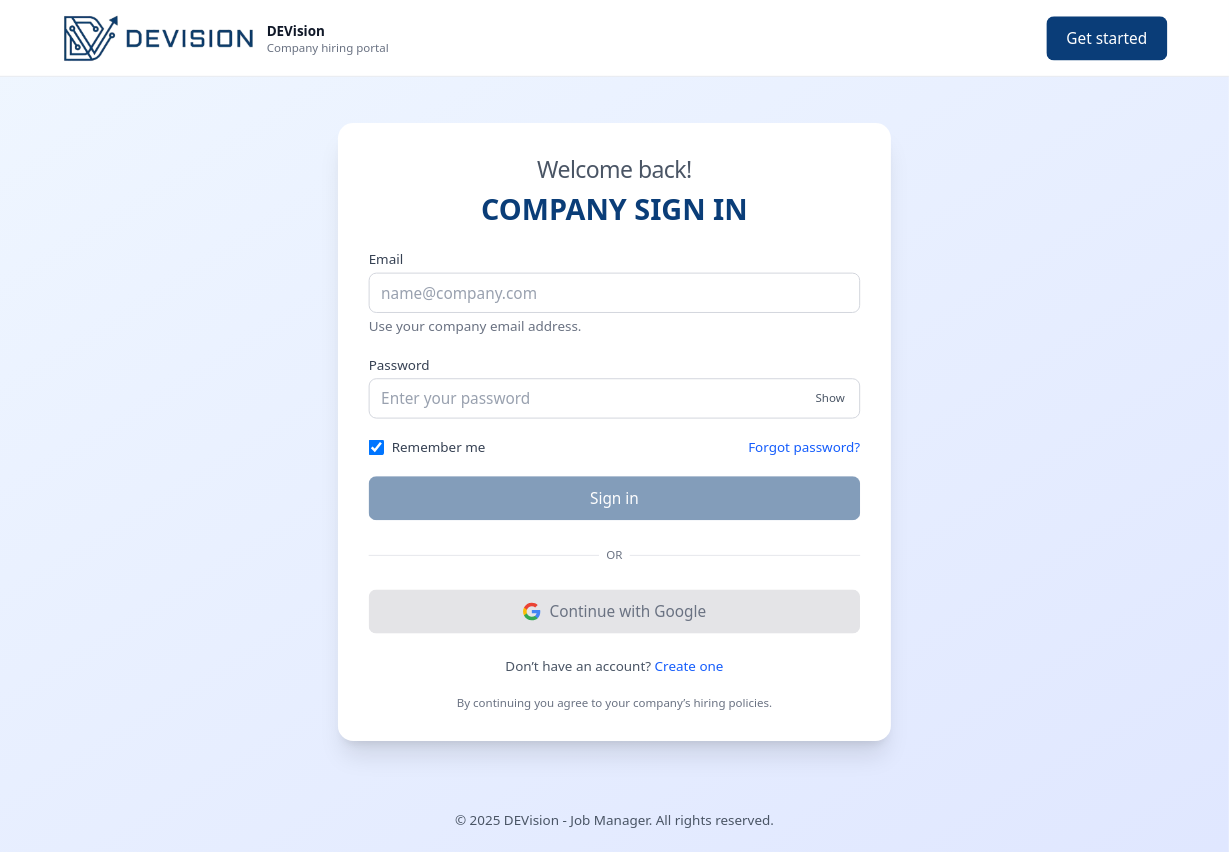
Repository: ISYS3461-2025C-Mulan-DEVision/JobManager_FE
Page: /login
These files come from the project's save history. The page is drawn as it stood at one moment and after the next save; the edit follows.
The browser window is 1280 px wide. The pictures show the whole page, at 96% of full size.
The page's requests for data from a server got no answer. The project was rebuilt for these pictures with package versions that can differ from the ones it lists, and the page was loaded fresh each time. No one was signed in, and anything a server would have sent is missing. Also part of the build but not shown: vite.config.js, src/components/ui/Card/Card.tsx, src/components/ui/Spinner/Spinner.tsx, src/components/ui/Alert/Alert.tsx, src/pages/Home.tsx, src/components/headless/Table/Table.tsx, src/components/headless/Modal/Modal.tsx, src/components/feature/Authentication/CompanySignup/validation.ts and 5 more.

Above is the page before, as saved 2025-12-12 16:57:43.

### index.html
<!doctype html>
<html lang="en">
  <head>
    <meta charset="UTF-8" />
    <link rel="icon" type="image/svg+xml" href="/logo/logo-icon.png" />
    <meta name="viewport" content="width=device-width, initial-scale=1.0" />
    <title>jobmanager-fe</title>
  </head>
  <body>
    <div id="root"></div>
    <script type="module" src="/src/main.jsx"></script>
  </body>
</html>

### src/main.tsx
import React, { StrictMode } from "react";
import { createRoot } from "react-dom/client";
import "./index.css";
import { BrowserRouter } from "react-router-dom";
import App from "./App.js";
import { Provider } from "react-redux";
import store from "./store/index.js";

const container = document.getElementById("root")!;
if (!container) {
    throw new Error("Root container not found");
} else {
    createRoot(container).render(
        <StrictMode>
            <Provider store={store}>
                <BrowserRouter>
                    <App />
                </BrowserRouter>
            </Provider>
        </StrictMode>,
    );
}

### src/index.css
@import "tailwindcss";

@theme {
  --color-heading: #0A3D78;
  --color-dark-blue: #1E293B;
  --color-background: #F8FAFC;
  --color-filled-button: #0A3D78;
}

html,
body {
    height: 100%;
}

:root {
    font-family: system-ui, -apple-system, Segoe UI, Roboto, Helvetica, Arial, sans-serif;
    line-height: 1.5;
    font-weight: 400;
    font-synthesis: none;
    text-rendering: optimizeLegibility;
    -webkit-font-smoothing: antialiased;
    -moz-osx-font-smoothing: grayscale;
}

body {
    margin: 0;
    min-width: 320px;
    min-height: 100vh;
    background: var(--color-background-color);
    color: #0f172a;
}


/* button {
    border-radius: 8px;
    border: 1px solid transparent;
    padding: 0.6em 1.2em;
    font-size: 1em;
    font-weight: 500;
    font-family: inherit;
    background-color: #1a1a1a;
    cursor: pointer;
    transition: border-color 0.25s;
}
button:hover {
    border-color: #646cff;
}
button:focus,
button:focus-visible {
    outline: 4px auto -webkit-focus-ring-color;
} */

### src/App.tsx
import { Routes, Route } from "react-router-dom";
import Home from "./pages/Home";
import LoginPage from "./pages/LoginPage";
import RegistrationPage from "./pages/RegistrationPage";
import AppHeader from "./components/common/AppHeader";

function App() {
    return (
        <div className="min-h-screen bg-background">
            <AppHeader />
            <main>
                <Routes>
                    <Route path="/" element={<Home />} />
                    <Route path="/login" element={<LoginPage />} />
                    <Route path="/register" element={<RegistrationPage />} />
                </Routes>
            </main>
        </div>
    );
}

export default App;

### src/store/index.ts
import configureStore from "./configureStore";
const store = configureStore();
export default store;

### src/pages/LoginPage.tsx
import React from "react";
import { CompanyLogin } from "../components/feature/Authentication/CompanyLogin";
import AuthLayout from "../layout/AuthLayout";

export default function LoginPage() {
    return (
        <AuthLayout>
            <CompanyLogin />
        </AuthLayout>
    );
}

### src/store/configureStore.ts
import { createStore, applyMiddleware, Store } from "redux";
import { createLogger } from "redux-logger";
import createSagaMiddleware from "redux-saga";
import { enableBatching } from "redux-batched-actions";
import createReducer from "./reducers";
import rootSaga from "./saga";

const configureStore = (initialState = {}): Store => {
    const rootReducer = createReducer();
    const sagaMiddleware = createSagaMiddleware();

    const middlewares = [sagaMiddleware];

    const isDev = import.meta.env.VITE_NODE_ENV === "development";

    if (isDev) {
        const loggerMiddleware = createLogger({
            collapsed: () => true,
        });
        (middlewares as any[]).push(loggerMiddleware);
    }

    const store = createStore(
        enableBatching(rootReducer),
        initialState,
        applyMiddleware(...middlewares),
    );

    sagaMiddleware.run(rootSaga);

    return store;
};

export default configureStore;

### src/components/ui/index.ts
// UI Components - Presentational components with styling
export * from "./Button";
export * from "./Input";
export * from "./Card";
export * from "./Spinner";
export * from "./Alert";
export * from "./GoogleLogo";

### src/components/feature/Authentication/CompanyLogin/index.ts
export { CompanyLogin } from "./CompanyLogin";

### src/store/reducers.ts
import { combineReducers } from "redux";
import { reducers } from "../redux";
import _ from "lodash";

const appReducer = combineReducers(reducers);
export default function createReducer() {
    const rootReducer = (state, action) => {
        if (action.type === "FORCE_UPDATE_GLOBAL_STATE") {
            return appReducer(_.cloneDeep(action.payload), action as never);
        }
        return appReducer(state, action as never);
    };

    return rootReducer;
}

### src/store/saga.ts
import { all, fork } from "redux-saga/effects";
import { sagas } from "../redux";

export default function* rootSaga() {
    yield all([...Object.values(sagas)].map(fork));
}

### src/components/ui/Button/index.ts
export { Button } from "./Button";
export type { ButtonProps } from "./Button";

### src/components/ui/Input/index.ts
export { Input } from "./Input";
export type { InputProps } from "./Input";

### src/components/ui/Card/index.ts
export { Card, CardHeader, CardBody, CardFooter } from "./Card";
export type { CardProps } from "./Card";

### src/components/ui/Spinner/index.ts
export { Spinner } from "./Spinner";
export type { SpinnerProps } from "./Spinner";

### src/components/ui/Alert/index.ts
export { Alert } from "./Alert";
export type { AlertProps } from "./Alert";

### src/components/ui/GoogleLogo/index.ts
export { GoogleLogo } from "./GoogleLogo";
export type { GoogleLogoProps } from "./GoogleLogo";

### src/components/feature/Authentication/CompanyLogin/CompanyLogin.tsx
import React from "react";
import { HeadlessForm } from "@/components/headless";
import { CompanyLoginForm } from "./CompanyLoginForm";
import { useCompanyLogin } from "./hooks/useCompanyLogin";
import { LoginPayload } from "../api/AuthService";

// Validation function
const validateLoginForm = (values: LoginPayload) => {
    const errors: Partial<Record<keyof LoginPayload, string>> = {};

    if (!values.email) {
        errors.email = "Email is required";
    } else if (!/^[A-Z0-9._%+-]+@[A-Z0-9.-]+\.[A-Z]{2,}$/i.test(values.email)) {
        errors.email = "Invalid email address";
    }

    if (!values.password) {
        errors.password = "Password is required";
    } else if (values.password.length < 6) {
        errors.password = "Password must be at least 6 characters";
    }

    return errors;
};

export const CompanyLogin: React.FC = () => {
    const { login, isLoading, error, clearError } = useCompanyLogin();

    return (
        <HeadlessForm<LoginPayload>
            initialValues={{ email: "", password: "" }}
            onSubmit={login}
            validate={validateLoginForm}
        >
            {({ values, errors, touched, handleChange, handleBlur }) => (
                <CompanyLoginForm
                    values={values}
                    errors={errors}
                    touched={touched}
                    handleChange={handleChange}
                    handleBlur={handleBlur}
                    isLoading={isLoading}
                    error={error}
                    onDismissError={clearError}
                />
            )}
        </HeadlessForm>
    );
};

### src/redux/index.ts
const loadModules = (modules: Record<string, any>, hasDefault = false) =>
    Object.entries(modules).map(([path, mod]) => {
        const parts = path.split("/");
        return {
            name: parts.at(-1)!.replace(".js", "").toUpperCase(),
            key: parts.at(-2)!,
            data: hasDefault ? mod.default : mod,
        };
    });

const rawActions = loadModules(
    import.meta.glob("./**/actions.ts", { eager: true }),
    true,
);

const rawTypes = loadModules(
    import.meta.glob("./**/types.ts", { eager: true }),
    false,
);

const rawReducers = loadModules(
    import.meta.glob("./**/reducer.ts", { eager: true }),
    true,
);

const rawSagas = loadModules(
    import.meta.glob("./**/saga.ts", { eager: true }),
    false,
);

// Final exports
export const actions = rawActions.reduce((p, e) => ({ ...p, ...e.data }), {});
export const types = rawTypes.reduce((p, e) => ({ ...p, ...e.data }), {});
export const reducers = rawReducers.reduce(
    (p, e) => ({ ...p, [e.key]: e.data }),
    {},
);
export const sagas = rawSagas.reduce((p, e) => ({ ...p, ...e.data }), {});

### src/components/ui/GoogleLogo/GoogleLogo.tsx
import React from "react";
import clsx from "clsx";

export interface GoogleLogoProps {
    size?: "sm" | "md" | "lg";
    className?: string;
}

export const GoogleLogo: React.FC<GoogleLogoProps> = ({
    size = "md",
    className,
}) => {
    const sizeClasses = {
        sm: "w-4 h-4",
        md: "w-5 h-5",
        lg: "w-6 h-6",
    };

    return (
        <svg
            className={clsx(sizeClasses[size], className)}
            viewBox="0 0 24 24"
            xmlns="http://www.w3.org/2000/svg"
        >
            <path
                d="M22.56 12.25c0-.78-.07-1.53-.2-2.25H12v4.26h5.92c-.26 1.37-1.04 2.53-2.21 3.31v2.77h3.57c2.08-1.92 3.28-4.74 3.28-8.09z"
                fill="#4285F4"
            />
            <path
                d="M12 23c2.97 0 5.46-.98 7.28-2.66l-3.57-2.77c-.98.66-2.23 1.06-3.71 1.06-2.86 0-5.29-1.93-6.16-4.53H2.18v2.84C3.99 20.53 7.7 23 12 23z"
                fill="#34A853"
            />
            <path
                d="M5.84 14.09c-.22-.66-.35-1.36-.35-2.09s.13-1.43.35-2.09V7.07H2.18C1.43 8.55 1 10.22 1 12s.43 3.45 1.18 4.93l2.85-2.22.81-.62z"
                fill="#FBBC05"
            />
            <path
                d="M12 5.38c1.62 0 3.06.56 4.21 1.64l3.15-3.15C17.45 2.09 14.97 1 12 1 7.7 1 3.99 3.47 2.18 7.07l3.66 2.84c.87-2.6 3.3-4.53 6.16-4.53z"
                fill="#EA4335"
            />
        </svg>
    );
};

### src/components/headless/index.ts
// Headless Components - Logic without UI
export { HeadlessForm } from "./Form";
export { HeadlessTable } from "./Table";
export { useTable } from "./Table/useTable";
export { HeadlessModal } from "./Modal";

// Types
export * from "./types";
export type { TableColumn } from "./Table/useTable";

### src/components/feature/Authentication/CompanyLogin/hooks/useCompanyLogin.ts
import { useState } from "react";
import AuthService, { LoginPayload } from "../../api/AuthService";

export const useCompanyLogin = () => {
    const [isLoading, setIsLoading] = useState(false);
    const [error, setError] = useState<string | null>(null);

    const clearError = () => setError(null);

    const login = async (formData: LoginPayload) => {
        setIsLoading(true);
        setError(null);

        try {
            await AuthService.loginCompany(formData);
            // Handle success (e.g., redirect, store token)
            console.log("Login successful");
        } catch (err) {
            setError("Failed to login. Please check your credentials.");
            console.error(err);
        } finally {
            setIsLoading(false);
        }
    };

    return {
        login,
        isLoading,
        error,
        clearError,
    };
};

### src/redux/app/actions.ts
import * as types from "./type";

const setLoading = (payload: boolean) => ({ type: types.SET_LOADING, payload });
const setError = (payload: string | null) => ({
    type: types.SET_ERROR,
    payload,
});
const setInitialized = (payload: boolean) => ({
    type: types.SET_INITIALIZED,
    payload,
});
const reset = () => ({ type: types.RESET });

const toggleLoadingAsync = (payload: boolean) => ({
    type: types.TOGGLE_LOADING_ASYNC,
    payload,
});

export default {
    setLoading,
    setError,
    setInitialized,
    reset,
    toggleLoadingAsync,
};

### src/redux/app/reducer.ts
import * as types from "./type";
export interface AppState {
    loading: boolean;
    error: string | null;
    initialized?: boolean;
    test: string;
}

const INITIAL_STATE: AppState = {
    loading: true,
    error: null,
    initialized: false,
    test: "test",
};

type Action = { type: string; payload?: any };

export default function appReducer(
    state: AppState = INITIAL_STATE,
    action: Action,
): AppState {
    switch (action.type) {
        case types.SET_LOADING:
            return { ...state, loading: !!action.payload };
        case types.SET_ERROR:
            return { ...state, error: action.payload ?? null, loading: false };
        case types.SET_INITIALIZED:
            return { ...state, initialized: !!action.payload };
        case types.RESET:
            return { ...INITIAL_STATE };
        default:
            return state;
    }
}

### src/redux/app/saga.ts
import { takeEvery, put, delay } from "redux-saga/effects";
import * as types from "./type";
import actions from "./actions";

function* handleToggleLoading(action: any) {
    yield delay(300);
    yield put(actions.setLoading(action.payload));
}

export function* watchToggleLoading() {
    yield takeEvery(types.TOGGLE_LOADING_ASYNC, handleToggleLoading);
}

### src/components/headless/Form/index.ts
export { HeadlessForm } from "./Form";

### src/components/headless/Table/index.ts
export { HeadlessTable } from "./Table";
export { useTable } from "./useTable";
export type { TableColumn } from "./useTable";

### src/components/headless/Modal/index.ts
export { HeadlessModal } from "./Modal";

### src/redux/app/type.ts
const prefix = "APP/";

export const SET_LOADING = `${prefix}SET_LOADING`;
export const SET_ERROR = `${prefix}SET_ERROR`;
export const SET_INITIALIZED = `${prefix}SET_INITIALIZED`;
export const RESET = `${prefix}RESET`;

// test async action
export const TOGGLE_LOADING_ASYNC = `${prefix}TOGGLE_LOADING_ASYNC`;

Loaded but not shown: src/components/feature/Authentication/CompanyLogin/CompanyLoginForm.tsx (165 lines, source omitted); src/components/ui/Button/Button.tsx (81 lines, source omitted); src/components/headless/Form/Form.tsx (93 lines, source omitted); src/components/ui/Input/Input.tsx (62 lines, source omitted); src/components/headless/types.ts (71 lines, source omitted); src/components/feature/Authentication/api/AuthService.ts (65 lines, source omitted); src/components/headless/Table/useTable.ts (76 lines, source omitted); src/layout/AuthLayout.tsx (41 lines, source omitted); src/components/common/AppHeader.tsx (43 lines, source omitted)

After the next save:
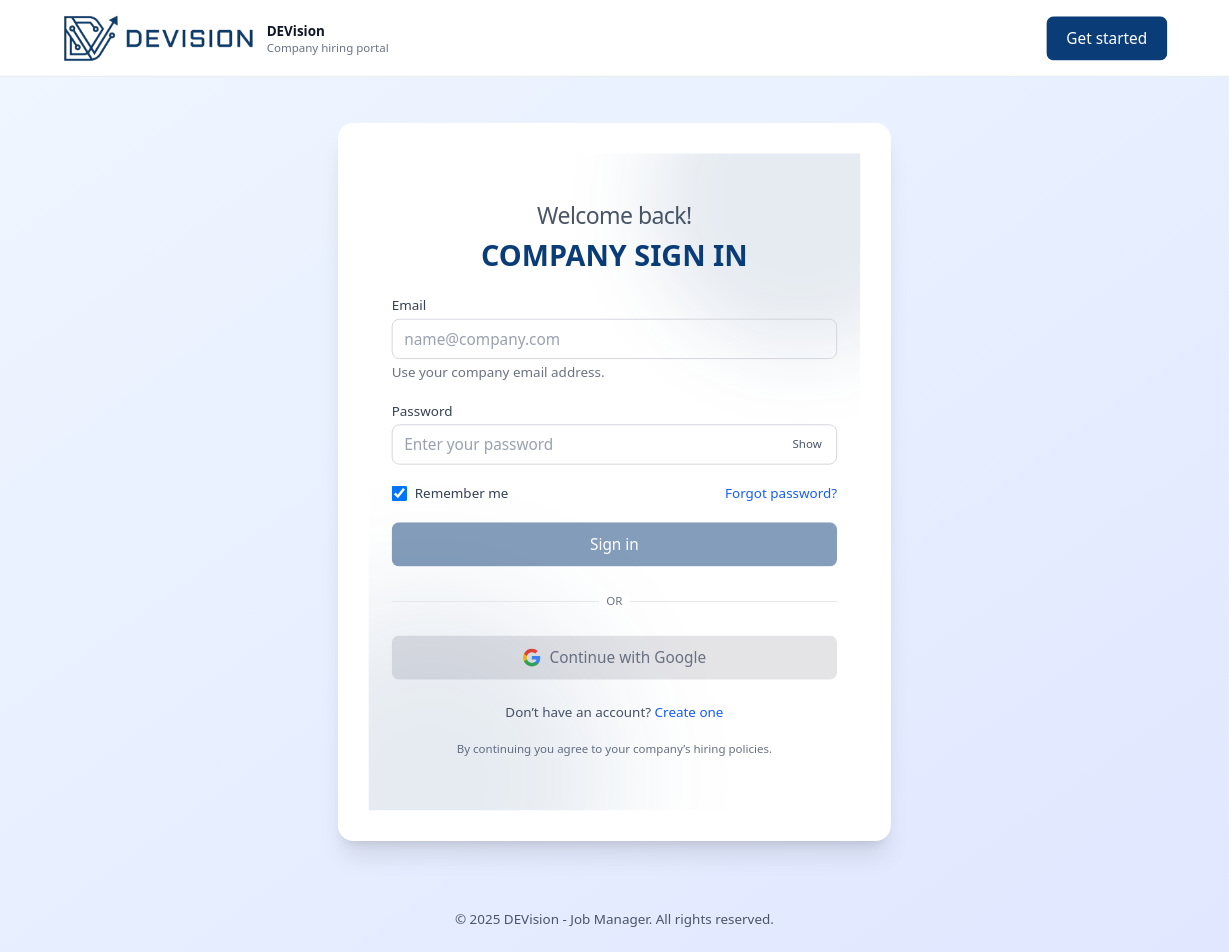
Saved 41 s later.
--- a/src/components/feature/Authentication/CompanyLogin/CompanyLogin.tsx
+++ b/src/components/feature/Authentication/CompanyLogin/CompanyLogin.tsx
@@ -27,23 +27,30 @@
     const { login, isLoading, error, clearError } = useCompanyLogin();
 
     return (
-        <HeadlessForm<LoginPayload>
-            initialValues={{ email: "", password: "" }}
-            onSubmit={login}
-            validate={validateLoginForm}
-        >
-            {({ values, errors, touched, handleChange, handleBlur }) => (
-                <CompanyLoginForm
-                    values={values}
-                    errors={errors}
-                    touched={touched}
-                    handleChange={handleChange}
-                    handleBlur={handleBlur}
-                    isLoading={isLoading}
-                    error={error}
-                    onDismissError={clearError}
-                />
-            )}
-        </HeadlessForm>
+        <section className="relative overflow-hidden px-6 pt-12 pb-14">
+            <div className="pointer-events-none absolute inset-0">
+                <div className="absolute -top-28 right-[-6rem] h-80 w-80 rounded-full bg-filled-button/10 blur-2xl" />
+                <div className="absolute -bottom-40 left-[-8rem] h-96 w-96 rounded-full bg-filled-button/10 blur-3xl" />
+            </div>
+            <HeadlessForm<LoginPayload>
+                initialValues={{ email: "", password: "" }}
+                onSubmit={login}
+                validate={validateLoginForm}
+            >
+
+                {({ values, errors, touched, handleChange, handleBlur }) => (
+                    <CompanyLoginForm
+                        values={values}
+                        errors={errors}
+                        touched={touched}
+                        handleChange={handleChange}
+                        handleBlur={handleBlur}
+                        isLoading={isLoading}
+                        error={error}
+                        onDismissError={clearError}
+                    />
+                )}
+            </HeadlessForm>
+        </section>
     );
 };

After the save that followed:
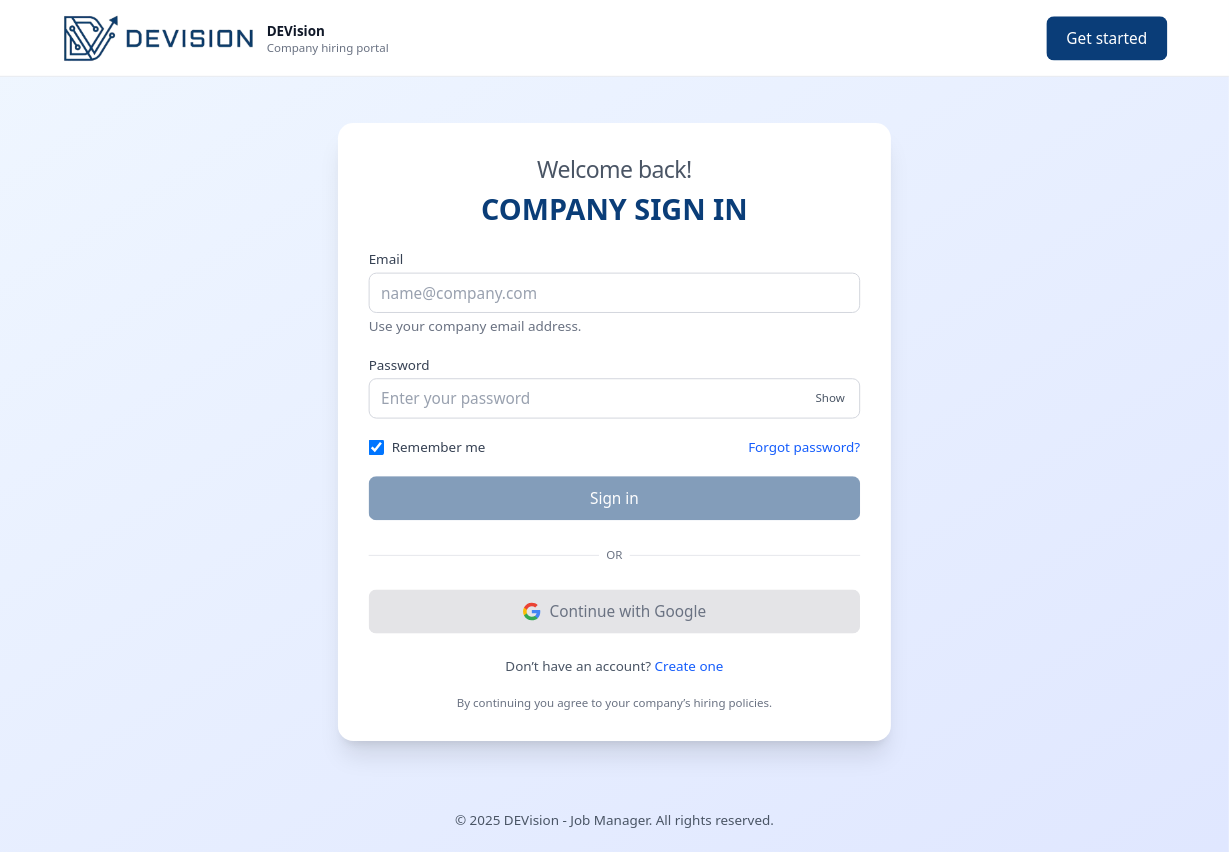
Saved 9 s later.
--- a/src/components/feature/Authentication/CompanyLogin/CompanyLogin.tsx
+++ b/src/components/feature/Authentication/CompanyLogin/CompanyLogin.tsx
@@ -27,30 +27,24 @@
     const { login, isLoading, error, clearError } = useCompanyLogin();
 
     return (
-        <section className="relative overflow-hidden px-6 pt-12 pb-14">
-            <div className="pointer-events-none absolute inset-0">
-                <div className="absolute -top-28 right-[-6rem] h-80 w-80 rounded-full bg-filled-button/10 blur-2xl" />
-                <div className="absolute -bottom-40 left-[-8rem] h-96 w-96 rounded-full bg-filled-button/10 blur-3xl" />
-            </div>
-            <HeadlessForm<LoginPayload>
-                initialValues={{ email: "", password: "" }}
-                onSubmit={login}
-                validate={validateLoginForm}
-            >
+        <HeadlessForm<LoginPayload>
+            initialValues={{ email: "", password: "" }}
+            onSubmit={login}
+            validate={validateLoginForm}
+        >
 
-                {({ values, errors, touched, handleChange, handleBlur }) => (
-                    <CompanyLoginForm
-                        values={values}
-                        errors={errors}
-                        touched={touched}
-                        handleChange={handleChange}
-                        handleBlur={handleBlur}
-                        isLoading={isLoading}
-                        error={error}
-                        onDismissError={clearError}
-                    />
-                )}
-            </HeadlessForm>
-        </section>
+            {({ values, errors, touched, handleChange, handleBlur }) => (
+                <CompanyLoginForm
+                    values={values}
+                    errors={errors}
+                    touched={touched}
+                    handleChange={handleChange}
+                    handleBlur={handleBlur}
+                    isLoading={isLoading}
+                    error={error}
+                    onDismissError={clearError}
+                />
+            )}
+        </HeadlessForm>
     );
 };
